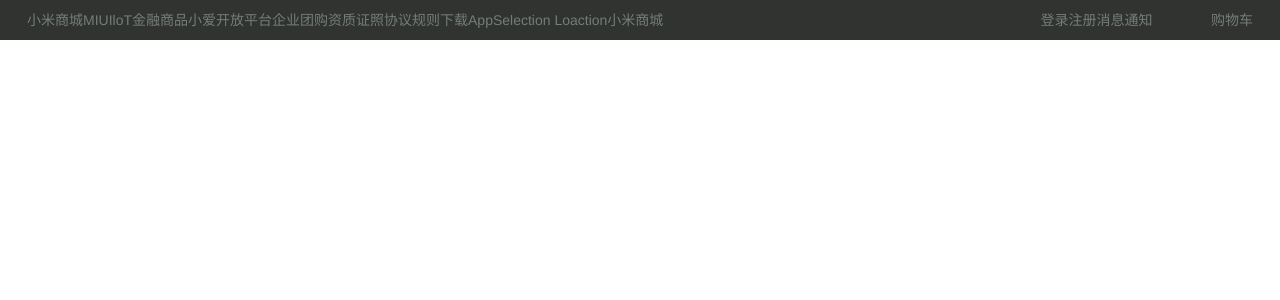
Repository: chenguocan/mi
Page: index.html
An editor plug-in stored every save of this project. The page is shown before and after the next save, followed by the edit.
The browser window is 1280 px wide. The pictures show the whole page.

Above is the page before, as saved 2020-10-13 09:49:03.

### index.html
<!DOCTYPE html>
<html lang="en">

<head>
    <meta charset="UTF-8">
    <title>小米商城 - 小米10 Pro、Redmi K30 Pro、小米MIX Alpha，小米电视官方网站</title>
    <meta name="viewport" content="width=1226">
    <link rel="stylesheet" href="./css/reset.css">
    <link rel="stylesheet" href="./css/index.css">
    <link rel="stylesheet" href="./css/base.css">
    <link rel="stylesheet" href="./font/css/all.min.css">
</head>

<body>
    <div class="topbar-wrapper">
        <div class="topbar w">
            <ul class="service">
                <li><a href="javascript:;">小米商城</a></li>
                <li class="line"></li>
                <li><a href="javascript:;">MIUI</a></li>
                <li class="line"></li>
                <li><a href="javascript:;">loT</a></li>
                <li class="line"></li>
                <li><a href="javascript:;">金融</a></li>
                <li class="line"></li>
                <li><a href="javascript:;">商品</a></li>
                <li class="line"></li>
                <li><a href="javascript:;">小爱开放平台</a></li>
                <li class="line"></li>
                <li><a href="javascript:;">企业团购</a></li>
                <li class="line"></li>
                <li><a href="javascript:;">资质证照</a></li>
                <li class="line"></li>
                <li><a href="javascript:;">协议规则</a></li>
                <li class="line"></li>
                <li><a href="javascript:;">下载App</a></li>
                <li class="line"></li>
                <li><a href="javascript:;">Selection Loaction</a></li>
                <li class="line"></li>
                <li><a href="javascript:;">小米商城</a></li>
                <li class="line"></li>
            </ul>
            <ul class="shop-cart">
                <li><i class="fa-adobe"></i><a href="javascript:;">购物车</a></li>
            </ul>
            <ul class="user">
                <li><a href="javascript:;">登录</a></li>
                <li class="line"></li>
                <li><a href="javascript:;">注册</a></li>
                <li class="line"></li>
                <li><a href="javascript:;">消息通知</a></li>
                <li class="line"></li>
            </ul>
        </div>
    </div>
</body>

</html>

### css/reset.css
/* v2.0 | 20110126
  http://meyerweb.com/eric/tools/css/reset/
  License: none (public domain)
*/
html, body, div, span, applet, object, iframe,
h1, h2, h3, h4, h5, h6, p, blockquote, pre,
a, abbr, acronym, address, big, cite, code,
del, dfn, em, img, ins, kbd, q, s, samp,
small, strike, strong, sub, sup, tt, var,
b, u, i, center,
dl, dt, dd, ol, ul, li,
fieldset, form, label, legend,
table, caption, tbody, tfoot, thead, tr, th, td,
article, aside, canvas, details, embed,
figure, figcaption, footer, header, hgroup,
menu, nav, output, ruby, section, summary,
time, mark, audio, video {
    margin: 0;
    padding: 0;
    border: 0;
    font-size: 100%;
    font: inherit;
    vertical-align: baseline;
}
/* HTML5 display-role reset for older browsers */
article, aside, details, figcaption, figure,
footer, header, hgroup, menu, nav, section {
    display: block;
}
body {
    line-height: 1;
}
ol, ul {
    list-style: none;
}
blockquote, q {
    quotes: none;
}
blockquote:before, blockquote:after,
q:before, q:after {
    content: '';
    content: none;
}
table {
    border-collapse: collapse;
    border-spacing: 0;
}

### css/index.css
*{
    box-sizing: border-box;
}
.topbar-wrapper{
    background:rgb(48, 51, 48);
    height: 40px;
    width: 100%;
}
.topbar .service{
    float: left;
}
.topbar .user,.topbar .shop-cart{
    float: right;
}
.topbar ul li{
    line-height: 40px;
    float: left;
}
.topbar ul li a{
    color:rgb(116, 125, 118);
}
.topbar .line{
    font-size:12px;
    color:#424242;
    margin:0 8px;
}

### css/base.css

.clearfix::before,
.clearfix::after{
    content: '';
    display: table;
    clear: both;
}

body{
    color: rgb(51,51,51);
    font: 14px/1.5 "Helvetica Neue", Helvetica, Arial, "Microsoft Yahei", "Hiragino Sans GB", "Heiti SC", "WenQuanYi Micro Hei", sans-serif;
    min-width: 1226px;
}
a{
    text-decoration: none;
    color:#333;
}
.w{
    width: 1226px;
    margin-left:auto;
    margin-right: auto;
}

Loaded but not shown: font/css/all.min.css (library)

After the next save:
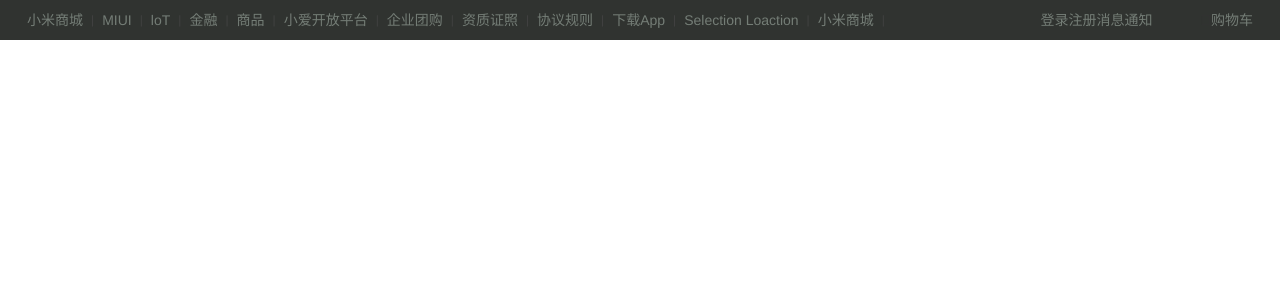
Saved 57 s later.
--- a/index.html
+++ b/index.html
@@ -16,29 +16,29 @@
         <div class="topbar w">
             <ul class="service">
                 <li><a href="javascript:;">小米商城</a></li>
-                <li class="line"></li>
+                <li class="line">|</li>
                 <li><a href="javascript:;">MIUI</a></li>
-                <li class="line"></li>
+                <li class="line">|</li>
                 <li><a href="javascript:;">loT</a></li>
-                <li class="line"></li>
+                <li class="line">|</li>
                 <li><a href="javascript:;">金融</a></li>
-                <li class="line"></li>
+                <li class="line">|</li>
                 <li><a href="javascript:;">商品</a></li>
-                <li class="line"></li>
+                <li class="line">|</li>
                 <li><a href="javascript:;">小爱开放平台</a></li>
-                <li class="line"></li>
+                <li class="line">|</li>
                 <li><a href="javascript:;">企业团购</a></li>
-                <li class="line"></li>
+                <li class="line">|</li>
                 <li><a href="javascript:;">资质证照</a></li>
-                <li class="line"></li>
+                <li class="line">|</li>
                 <li><a href="javascript:;">协议规则</a></li>
-                <li class="line"></li>
+                <li class="line">|</li>
                 <li><a href="javascript:;">下载App</a></li>
-                <li class="line"></li>
+                <li class="line">|</li>
                 <li><a href="javascript:;">Selection Loaction</a></li>
-                <li class="line"></li>
+                <li class="line">|</li>
                 <li><a href="javascript:;">小米商城</a></li>
-                <li class="line"></li>
+                <li class="line">|</li>
             </ul>
             <ul class="shop-cart">
                 <li><i class="fa-adobe"></i><a href="javascript:;">购物车</a></li>
